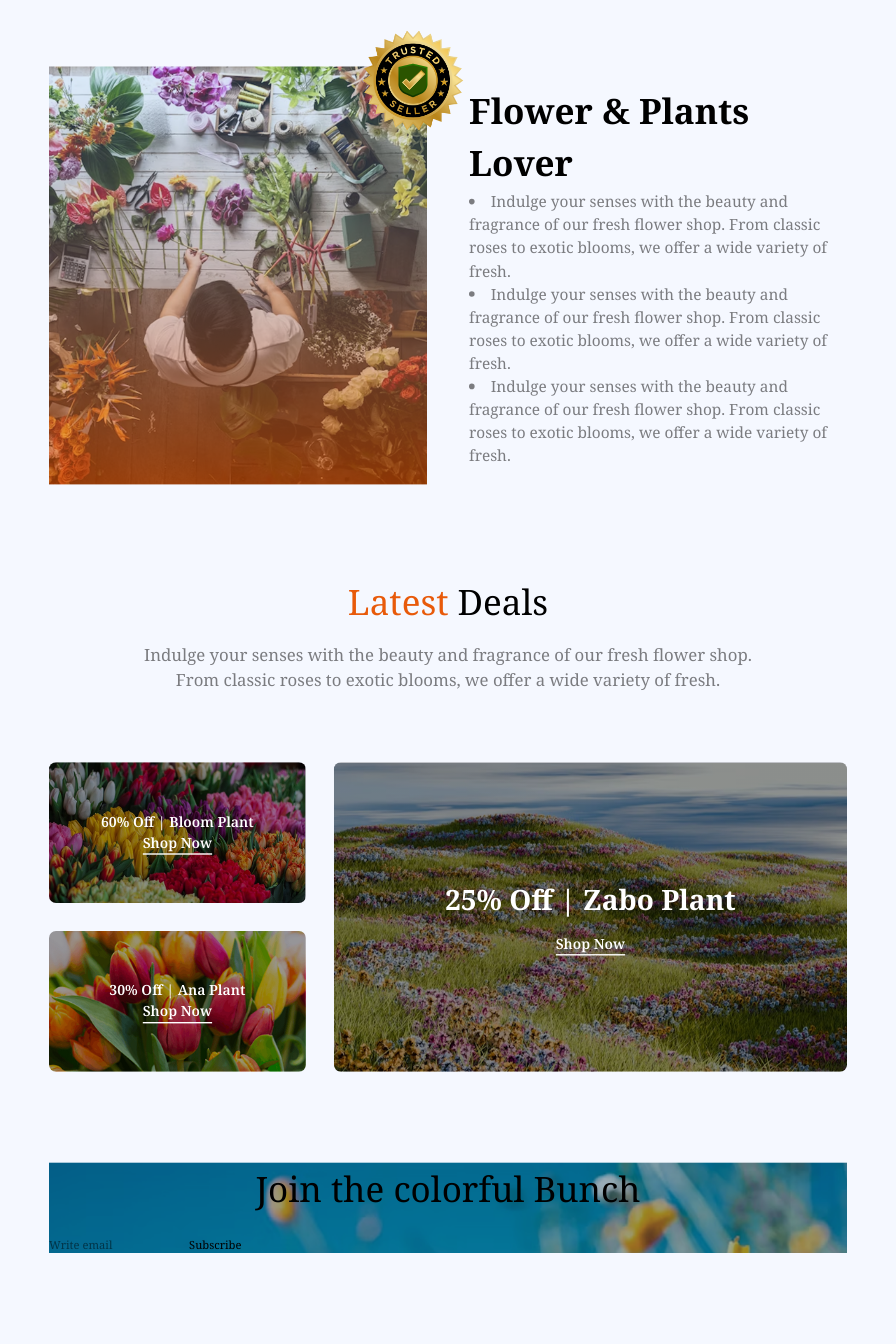
Repository: nahid-hasann/website-7
Page: index.html
The author's editor kept a copy of each file at every save. The page is drawn from the files as they stood at one save, then again after the next save.
The browser window is 1280 px wide. The pictures show the part of the page from y = 2110 to 4030 px (the page is 4030 px tall), at 70% of full size.
Some web libraries are served in a nearby version.

Above is the page before, as saved 2025-07-24 21:16:14.

### index.html
<!DOCTYPE html>
<html lang="en">
<head>
    <meta charset="UTF-8">
    <meta name="viewport" content="width=device-width, initial-scale=1.0">
    <title> website-7 </title>
    <link rel="stylesheet" href="style.css">
     <script src="https://cdn.jsdelivr.net/npm/@tailwindcss/browser@4"></script>
    <link rel="stylesheet" href="https://cdnjs.cloudflare.com/ajax/libs/font-awesome/7.0.0/css/all.min.css" integrity="sha512-DxV+EoADOkOygM4IR9yXP8Sb2qwgidEmeqAEmDKIOfPRQZOWbXCzLC6vjbZyy0vPisbH2SyW27+ddLVCN+OMzQ==" crossorigin="anonymous" referrerpolicy="no-referrer" />
   <link rel="preconnect" href="https://fonts.googleapis.com">
<link rel="preconnect" href="https://fonts.gstatic.com" crossorigin>
<link href="https://fonts.googleapis.com/css2?family=Noto+Serif:ital,wght@0,100..900;1,100..900&display=swap" rel="stylesheet">
</head>
<body class="noto-serif-nahid">


    <header>
        <nav>
            <div class="nav-logo">
                <img src="assets/logo.png" alt="">
            </div>
            <div class="nav-menu">
                <ul>
                    <li class="ul-li" style="color: black; font-weight: bold;">Home</li>
                    <li class="ul-li" >Shop</li>
                    <li class="ul-li" >About us</li>
                    <li class="last-li" style="color: black;"><i class="fa-solid fa-cart-shopping"></i>Cart ($56)</li>
                </ul>
            </div>
        </nav>
    </header>

    <main>

        <section class="banner">
            <div class="banner-section">
                <div class="banner-description">
                    <h1>ALWAYS <span style="color: #e85a0a;">FRESH <br> FLOWERS</span></h1>
                    <p>Indulge your senses with the beauty and fragrance of our fresh flower shop. From classic roses to exotic blooms, we offer a wide variety of fresh flowers that are perfect for any occasion.  </p>
                </div>
                <div class="banner-img">
                    <img src="assets/hero-flower.png" alt="">
                </div>
            </div>
        </section>

        <section class="plants-section">
             <h1> <span style="color: #e85a0a;">Our</span> Plants</h1>
             <p>Indulge your senses with the beauty and fragrance of our fresh flower shop. From classic roses to exotic blooms, we offer a wide variety of fresh.</p>
             <div class="plants-card">
                <div class="card">
                    <img src="assets/sample-flower-image.png" alt="">
                    <h4>Lily Blossom</h4>
                    <h2>20 USD</h2>
                    <button class="btn">ADD TO CART</button>
                </div>
                 <div class="card">
                    <img src="assets/sample-flower-image.png" alt="">
                    <h4>Lily Blossom</h4>
                    <h2>20 USD</h2>
                    <button class="btn">ADD TO CART</button>
                </div>
                 <div class="card">
                    <img src="assets/sample-flower-image.png" alt="">
                    <h4>Lily Blossom</h4>
                    <h2>20 USD</h2>
                    <button class="btn">ADD TO CART</button>
                </div>
                 <div class="card">
                    <img src="assets/sample-flower-image.png" alt="">
                    <h4>Lily Blossom</h4>
                    <h2>20 USD</h2>
                    <button class="btn">ADD TO CART</button>
                </div>
                 <div class="card">
                    <img src="assets/sample-flower-image.png" alt="">
                    <h4>Lily Blossom</h4>
                    <h2>20 USD</h2>
                    <button class="btn">ADD TO CART</button>
                </div>
                 <div class="card">
                    <img src="assets/sample-flower-image.png" alt="">
                    <h4>Lily Blossom</h4>
                    <h2>20 USD</h2>
                    <button class="btn">ADD TO CART</button>
                </div>
                 <div class="card">
                    <img src="assets/sample-flower-image.png" alt="">
                    <h4>Lily Blossom</h4>
                    <h2>20 USD</h2>
                    <button class="btn">ADD TO CART</button>
                </div>
                 <div class="card">
                    <img src="assets/sample-flower-image.png" alt="">
                    <h4>Lily Blossom</h4>
                    <h2>20 USD</h2>
                    <button class="btn">ADD TO CART</button>
                </div>
             </div>
        </section>

        <section class="plants-lover-section">
            <div class="plants-lover-div">
                <div class="plants-lover-img">
                <img src="assets/flower-store.png" alt="">
                <div class="badge">
                    <img class="badge-img" src="assets/trusted-badge.png" alt="">
                </div>
            </div>
            <div class="plants-lover-content">
                <h1>Flower & Plants Lover</h1>
                <or>
                    <li>Indulge your senses with the beauty and fragrance of our fresh flower shop. From classic roses to exotic blooms, we offer a wide variety of fresh.</li>
                    <li>Indulge your senses with the beauty and fragrance of our fresh flower shop. From classic roses to exotic blooms, we offer a wide variety of fresh.</li>
                    <li>Indulge your senses with the beauty and fragrance of our fresh flower shop. From classic roses to exotic blooms, we offer a wide variety of fresh.</li>
                </or>
            </div>
            </div>
        </section>

        <section class="offer-main-section">

            <h1 class="text-[50px]"><span style="color: #e85a0a;">Latest</span>  Deals</h1>
            <p>Indulge your senses with the beauty and fragrance of our fresh flower shop. <br> From classic roses to exotic blooms, we offer a wide variety of fresh.</p>

           <div class="offer-section">
            <div class="card card-1">
                 <h3>60% Off | Bloom Plant</h3>
                 <a href="#">Shop Now</a>
            </div>
            <div class="card big-card">
                <h2>25% Off | Zabo Plant</h2>
                <a href="#">Shop Now</a>
            </div>
            <div class="card card-2">
                 <h3>30% Off | Ana Plant</h3>
                 <a href="#">Shop Now</a>
            </div>

           </div>

  </section>

  <section class="subscribe-section">

    <h1>Join the colorful Bunch</h1>

    <div class="subscibe">
        <input type="text" name="" placeholder="Write email" id="">
        <button>Subscribe</button>
    </div>
  </section>


    </main>




</body>
</html>

### style.css


*{
    margin: 0;
    padding: 0;
    box-sizing: border-box;
}


.noto-serif-nahid {
  font-family: "Noto Serif", serif;
  font-optical-sizing: auto;
  font-style: normal;
  font-variation-settings:
    "wdth" 100;
}

body{
    background-color: #f5f8ff;
}



/* header suru  */

header{
   margin: 20px auto;
   max-width: 1140px;
}

nav{
    display: flex;
    justify-content: space-between;
    align-items: center;
}

.nav-logo img{
    width: 100%;
}

.nav-menu ul{
     display: flex;
     gap: 30px;
     align-items: center;
     justify-content: center;
     margin: auto 0;
}

.nav-menu ul li{
    color: rgba(137, 135, 161, 1);
    font-weight: 400;
}


/* header sesh  */

/* banner-section  */

.banner{
    margin: 230px auto 130px auto;
    max-width: 1140px;

}

.banner-section{
     display: flex;
     align-items: end;
     justify-content: center;
}

.banner-description h1{
    font-size: 65px;
    font-weight: 800;

}

.banner-description p{
    font-size: 22px;
    color: #7b7c80;
}

.banner-img img{
    max-width: 570px;
}

/* banner-section  */

/* plants-section suru */

.plants-section{
    width: 1140px;
    margin: 130px auto;
}

.plants-section h1{
    text-align: center;
    font-size: 50px;
    margin-bottom: 14px;
    font-weight: 700;
}

.plants-card{
    display: grid;
    grid-template-columns: 1fr 1fr 1fr 1fr;
    gap: 30px;
    row-gap: 60px;
    margin-top: 60px;
}

.plants-section p{
    font-size: 22px;
    color: #7b7c80;
    text-align: center;
}

.card {
    display: flex;
    flex-direction: column;
    align-items: center;
    justify-content: center;
}

.card h4{
    font-size: 22px;
    font-weight: 300;
    margin-top: 18px;
}

.card h2{
    font-size: 22px;
    font-weight: 700;
    margin-bottom: 18px;
}

.btn{
    background-color: #e85a0a;
    width: 100%;
    padding: 13px 0;
    color: white;
}

/* plants-section sesh  */

/* plants-lover-section suru  */

.plants-lover-section{
    width: 1140px;
    margin: 180px auto 130px auto;
}



.plants-lover-div{
     display: grid;
     grid-template-columns: 1fr 1fr;
    align-items: center;
    justify-content: center;
    gap: 60px;
}

.plants-lover-img{
    position: relative;
}

.badge-img{
    position: absolute;
    top: -80px;
    right: -80px;
    width: 200px;
    z-index: 999;
     animation-name: zoominout;
    animation-timing-function: ease-in-out;
    animation-iteration-count: infinite;
    animation-duration: 4s;
}

@keyframes zoominout{
    0%, 100%{
        transform: scale(1);
    }

    50%{
        transform: scale(1.1);
    }
}



.plants-lover-content h1{
     font-size: 50px;
     font-weight: 700;
}

.plants-lover-content or li{
    font-size: 22px;
    color: #7b7c80;
}

/* plants-lover-section sesh  */


/* offer-section start  */

.offer-main-section{
    width: 1140px;
    margin: 130px auto;
}

.offer-main-section h1{
    text-align: center;
    margin-bottom: 20px;
}

.offer-main-section p{
    color: #7b7c80;
    text-align: center;
    margin-bottom: 100px;
    font-size: 24px;
}

.offer-section{
    display: grid;
    grid-template-columns: 1fr 2fr;
    margin: auto;
    width: 1140px;
    gap: 40px;
    grid-auto-rows: 201px;
    margin-top: 50px;
}

.card{
    border-radius: 10px;
}

.card h3{
    font-size: 20px;
    font-weight: 600;
    color: white;
}

.card a{
    border-bottom: 2px solid white;
    color: white;
    font-size: 20px;
    font-weight: 600;
}

.big-card h2{
    font-size: 40px;
    color: white;
}

.card-1{
    background: linear-gradient(rgba(0, 0, 0, 0.4), rgba(0, 0, 0, 0.4)), url('assets/deal-bloom.png') ;
    height: 201px;
    grid-column: 1;
    grid-row: 1;
     background-repeat: no-repeat;
    background-position: center;
    background-size: cover;
}

.big-card{
    background: linear-gradient(rgba(0, 0, 0, 0.4), rgba(0, 0, 0, 0.4)),   url('assets/deal-zabo.png');
    grid-column: 2;
    grid-row: span 2;
    background-repeat: no-repeat;
    background-position: center;
    background-size: cover;
}

.card-2{
        background: linear-gradient(rgba(0, 0, 0, 0.4), rgba(0, 0, 0, 0.4)),   url('assets/deal-ana.png');
        height: 201px;
        grid-column: 1;
    grid-row: 2;
     background-repeat: no-repeat;
    background-position: center;
    background-size: cover;
}

/* offer-section end  */

/* subscribe-section start  */

.subscribe-section{
    width: 1140px;
    margin: 130px auto;
    background: url('assets/news-letter-bg.png') ;
}

.subscribe-section h1{
    font-size: 50px;
    text-align: center;
    margin-bottom: 30px;
}

/* subscribe-section end  */








/* media screen  */

@media screen and (max-width:575px) {
    header{
        width: 100%;
    }

nav{
    margin:0 30px;

}

.nav-logo img{
    width: 63px;
}
    .ul-li{
        display: none;
    }

    .banner{
        max-width: 575px;
        margin-top: 70px ;
        margin-bottom: 70px;
    }

    .banner-section{
        flex-direction: column-reverse;

    }

    .banner-description{
        margin-left: 30px;
    }

    .banner-description h1{
    font-size: 24px;
}

.banner-description p{
    font-size: 14px;
}

.banner-img img{
    max-width: 400px;
    margin-bottom: 80px;
}

.plants-section{
    width: 100% ;
    padding: 0 20px ;
    margin: 70px 0;

}

.plants-card{
    display: grid;
    grid-template-columns: 1fr 1fr;
    gap: 20px;
    row-gap: 40px;
}

.plants-section h1{
    font-size: 24px;
}
.plants-section p{
    font-size: 14px;
}

.card h4{
    font-size: 15px;
}

.card h2{
    font-size: 15px;
}

.btn{
    font-size: 15px;
}

.plants-lover-section{
    width: 100%;
    margin: 70px 0;
    padding: 0 20px;
}

.plants-lover-div{
    grid-template-columns: 1fr;
}

.badge-img{
    display: none;
}


.plants-lover-content h1{
    font-size: 24px;
    margin-top: -30px;
}

.plants-lover-content or li{
    font-size: 14px;
}

.plants-lover-content or li:nth-child(2){
    margin-top: 15px;
    margin-bottom: 15px;
}

.plants-lover-content or li:first-child{
    margin-top: 15px;
}

.offer-main-section{
    width: 100%;
    padding: 0 20px;
    margin-top: 70px ;
    margin-bottom: 70px;
}

.offer-main-section h1{
    font-size: 24px;
}

.offer-main-section p{
    font-size: 14px;
    margin-top: 15px;
}

.offer-section{
    grid-template-columns: 1fr;
    width: 100%;
    margin: 0px 0 70px 0;
    padding: 0 20px;
}

.card h3 {
    font-size: 15px;
}

.card a{
    font-size: 15px;
}

.big-card h2{
    font-size: 15px;
}

.card-1{
    grid-column: 1;
    grid-row: 1;
}

.card-2{
    grid-column: 1;
    grid-row: 2;
}

.big-card{
    grid-column: 1;
    grid-row: 3;
}


}

After the next save:
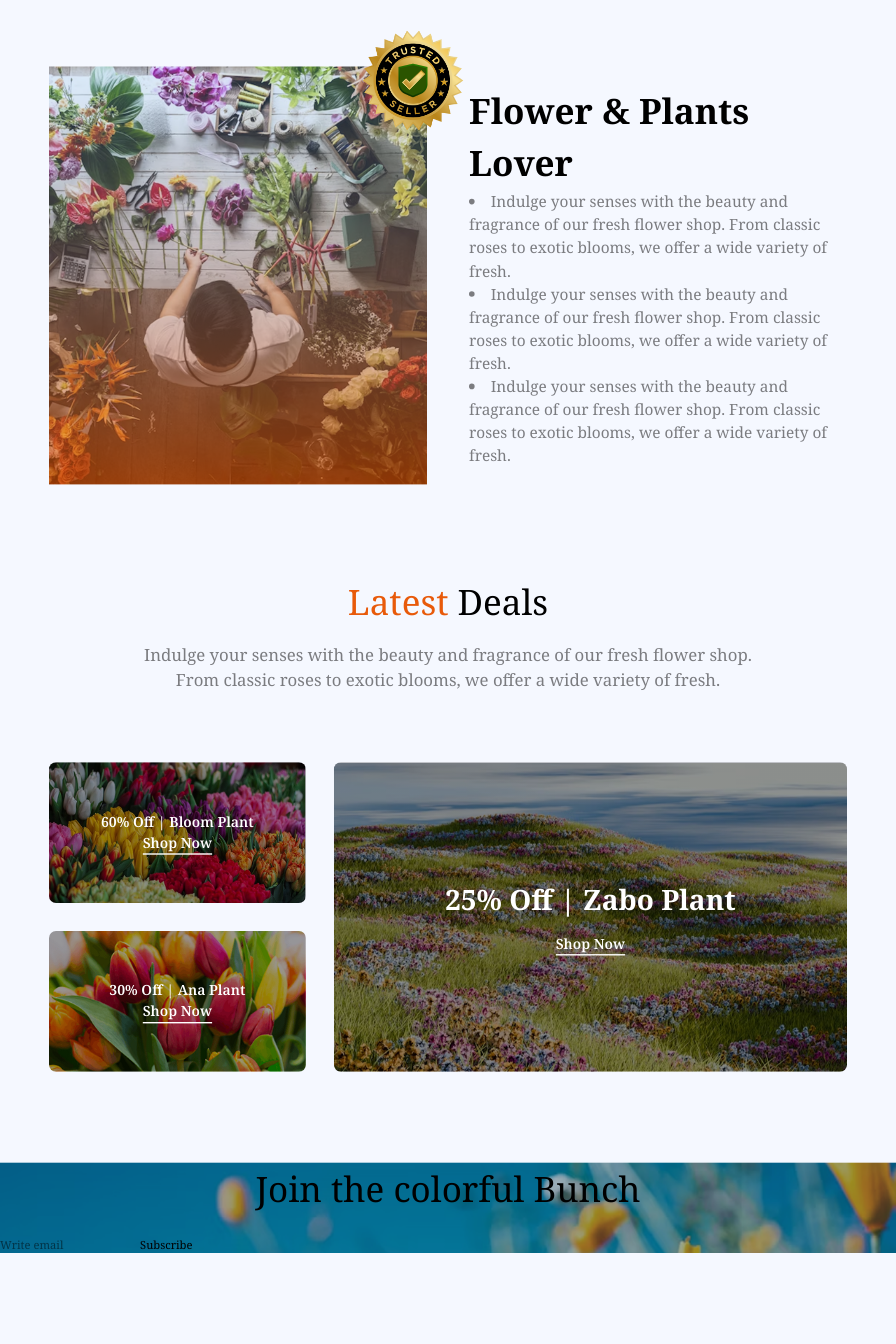
Saved 20 s later.
--- a/style.css
+++ b/style.css
@@ -284,7 +284,6 @@ nav{
 /* subscribe-section start  */
 
 .subscribe-section{
-    width: 1140px;
     margin: 130px auto;
     background: url('assets/news-letter-bg.png') ;
 }
